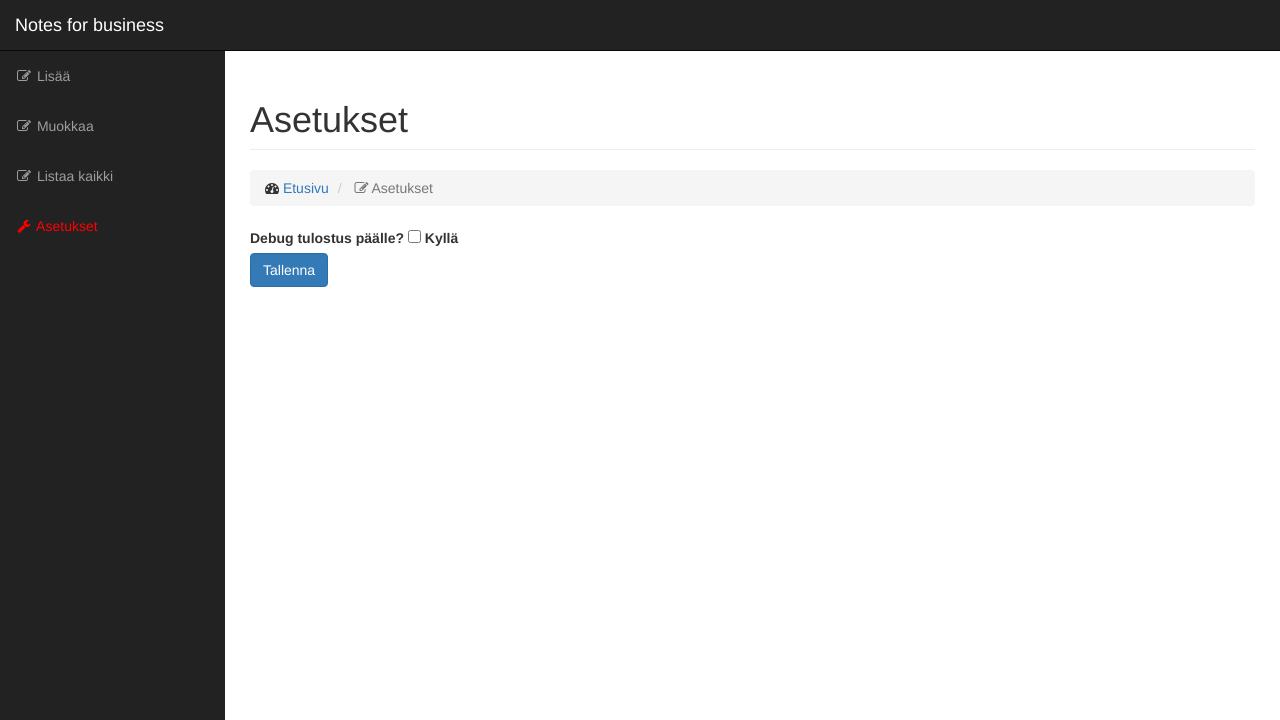
Repository: TommiKurjensalo/php
Page: http://localhost/asetukset.php
The author's editor kept a copy of each file at every save. The page is drawn from the files as they stood at one save, then again after the next save.
The browser window is 1280 px wide. The pictures show the whole page.
The page is run by PHP 8.4 with error messages shown; the project is at /var/www/html/.

Above is the page before, as saved 2017-04-21 20:19:19.

### sivut/asetukset.php
<?php
require_once "asetuksetLuokka.php";

// Käynnistetään sessio
session_start ();

// Onko painettu tallenna-painiketta
if (isset($_POST["tallenna"])) {
	if (isset($_COOKIE["isDebug"])) {
		echo "<div style='padding-left:300px;'>";
		echo "post debug: ".(isset($_POST["debug"])
				? $_POST["debug"] : 'notSet') ."  tallenna painike valittu </div>";
	}
	// Viedään muodostimelle kenttien arvot
		if (isset($_POST["debug"])) {
			$asetukset = true;

			// Kirjoitetaan session tiedot talteen
			$_SESSION ["asetukset"] = true;
			session_write_close ();

			// Asetetaan cookie, koska debug haluttiin päälle
			setcookie("isDebug", $_POST["debug"], time() +86400, "/sivut/"); // 86400 = 1 day

			echo (isset($_COOKIE["isDebug"]) ? "<br><div style='padding-left:300px;'> Cookies are enabled </div>" : '');

		} else {

				// Tuhotaan cookie, koska käyttäjä niin halusi
				setcookie("isDebug", "", time() - 3600, "/sivut/");

				echo (isset($_COOKIE["isDebug"]) ? "<br><div style='padding-left:300px;'>  if isset post debug else tuhotaan " : '');

				$_SESSION = array ();

					if (isset ( $_COOKIE [session_name ()] )) {
						setcookie ( session_name (), '', time () - 100, '/' );
					}

				session_destroy ();
				$asetukset = false;

				echo (isset($_COOKIE["isDebug"]) ? "<br> Cookies are disabled" :''). "</div>";
		}

	echo (isset($_COOKIE["isDebug"])
			? "<div style='padding-left:300px;'>if cookie debug sisältö: " .(isset($_COOKIE["isDebug"])
					? $_COOKIE["isDebug"] :'false'). "</div>" : '</div>');

}

elseif (isset ( $_POST ["debug"] )) {
	if (isset ( $_SESSION ["asetukset"] )) {
		echo (isset($_COOKIE["isDebug"]) ? "<div style='padding-left:300px;'> elseif isset post&session </div>" :'');
		$_SESSION = array ();

		if (isset ( $_COOKIE [session_name ()] )) {
			setcookie ( session_name (), '', time () - 100, '/' );
		}

		session_destroy ();
	}

} else {

	// Sivulle tultiin ensimmäistä kertaa
	if (isset ($_COOKIE["isDebug"] )) {
		if (isset ( $_SESSION ["asetukset"] )) {
			echo (isset($_COOKIE["isDebug"]) ? "<div style='padding-left:300px;'><br>else isset session asetukset sisältö: " .$_SESSION ["asetukset"]. "</div>" :'');
			$asetukset = true;
		}

		$asetukset = true;
		echo (isset($_COOKIE["isDebug"]) ?
		"<div style='padding-left:300px;'>" .
		" else isset cookie debug sisältö: " .$_COOKIE["isDebug"]. "</div>":'');

	} elseif (isset ( $_SESSION ["asetukset"] )) {
		$asetukset = true;
	}
		// Tehdään false muuttuja
		$asetukset = false;



}

?>

<!DOCTYPE html>
<html lang="en">

<head>

    <meta charset="utf-8">
    <meta http-equiv="X-UA-Compatible" content="IE=edge">
    <meta name="viewport" content="width=device-width, initial-scale=1">
    <meta name="description" content="">
    <meta name="author" content="">

    <title>Notes</title>

    <!-- Bootstrap Core CSS -->
    <link href="css/bootstrap.min.css" rel="stylesheet">

    <!-- Custom CSS -->
    <link href="css/sb-admin.css" rel="stylesheet">

    <!-- Custom Fonts -->
    <link href="font-awesome/css/font-awesome.min.css" rel="stylesheet" type="text/css">

    <!-- HTML5 Shim and Respond.js IE8 support of HTML5 elements and media queries -->
    <!-- WARNING: Respond.js doesn't work if you view the page via file:// -->
    <!--[if lt IE 9]>
        <script src="https://oss.maxcdn.com/libs/html5shiv/3.7.0/html5shiv.js"></script>
        <script src="https://oss.maxcdn.com/libs/respond.js/1.4.2/respond.min.js"></script>
    <![endif]-->

</head>

<body>

    <div id="wrapper">

        <!-- Navigation -->
        <nav class="navbar navbar-inverse navbar-fixed-top" role="navigation">
            <!-- Brand and toggle get grouped for better mobile display -->
            <div class="navbar-header">
                 <a class="navbar-brand" href="index.php">Notes for business</a>

            </div>

            <!-- Sidebar Menu Items - These collapse to the responsive navigation menu on small screens -->
            <div class="collapse navbar-collapse navbar-ex1-collapse">
                <ul class="nav navbar-nav side-nav">
                    <li>
                        <a href="lisaa.php"> <i class="fa fa-fw fa-edit"></i> Lisää</a>
                    </li>
                    <li>
                        <a href="muokkaa.php"><i class="fa fa-fw fa-edit"></i> Muokkaa</a>
                    </li>
                    <li>
                        <a href="listaaKaikki.php"><i class="fa fa-fw fa-edit"></i> Listaa kaikki</a>
                    </li>
                    <li>
                        <a href="asetukset.php" class="active"><i class="fa fa-fw fa-wrench"></i> Asetukset</a>
                    </li>

                </ul>
            </div>
            <!-- /.navbar-collapse -->
        </nav>

        <div id="page-wrapper">

            <div class="container-fluid">

                <!-- Page Heading -->
                <div class="row">
                    <div class="col-lg-12">
                        <h1 class="page-header">
                            Asetukset
                        </h1>
                        <ol class="breadcrumb">
                            <li>
                                <i class="fa fa-dashboard"></i>  <a href="index.php">Etusivu</a>
                            </li>
                            <li class="active">
                                <i class="fa fa-edit"></i> Asetukset
                            </li>
                        </ol>
                    </div>
                </div>
                <!-- /.row -->

                <div class="row">
                    <div class="col-lg-4">

                        <form class="form-inline" role="form" action="<?php echo htmlspecialchars($_SERVER["PHP_SELF"]);?>" method="post">

                            <div class="form-check form-check-inline">
  							  <label class="form-check-label"> Debug tulostus päälle?
	                                	<input name="debug" type="checkbox" class="form-check-input" value="true"
	                                	<?php echo (($asetukset ===true) ? ' checked' : ''); ?> /> Kyllä</label>
	                                </div>


                          	<div class="form-group">

                            		<input name="tallenna" type="submit" class="btn btn-primary px-2" value="Tallenna"/>

							</div>



                        </form>

                    </div> <!-- ./col-lg-4 -->

                </div>
                <!-- /.row -->

            </div>
            <!-- /.container-fluid -->

        </div>
        <!-- /#page-wrapper -->

    </div>
    <!-- /#wrapper -->

    <!-- jQuery -->
    <script src="js/jquery.js"></script>

    <!-- Bootstrap Core JavaScript -->
    <script src="js/bootstrap.min.js"></script>

</body>

</html>

### sivut/asetuksetLuokka.php
<?php

class Asetukset {

	// luokan attribuutit
	private $debug = false;

	// Luokan konstruktori asetukset toimintoa varten
	public function __construct($uusiDebug = "")
	{

		// trim poistaa tyhjät merkkijonon alusta ja lopusta
		$this->debug = ($uusiDebug);
	}

	// Muuttaa/asettaa debug-attribuutin
	public function setDebug($uusiDebug) {
		$this->debug = $uusiDebug;
	}

	// Palauttaa debug-attribuutin
	public function getDebug() {
		return $this->debug;
	}

} // Luokka Asetukset
?>

### sivut/css/sb-admin.css
/*!
 * Start Bootstrap - SB Admin (http://startbootstrap.com/)
 * Copyright 2013-2016 Start Bootstrap
 * Licensed under MIT (https://github.com/BlackrockDigital/startbootstrap/blob/gh-pages/LICENSE)
 */

/* Global Styles */

body {
    margin-top: 100px;
   /* background-color: #222; */
}

@media(min-width:768px) {
    body {
        margin-top: 50px;
    }
}

#wrapper {
    padding-left: 0;
}

#page-wrapper {
    width: 100%;
    padding: 0;
    background-color: #fff;
}

.huge {
    font-size: 50px;
    line-height: normal;
}

@media(min-width:768px) {
    #wrapper {
        padding-left: 225px;
    }

    #page-wrapper {
        padding: 10px;
    }
}

/* Top Navigation */

.top-nav {
    padding: 0 15px;
}

.top-nav>li {
    display: inline-block;
    float: left;
}

.top-nav>li>a {
    padding-top: 15px;
    padding-bottom: 15px;
    line-height: 20px;
    color: #999;
}

.top-nav>li>a:hover,
.top-nav>li>a:focus,
.top-nav>.open>a,
.top-nav>.open>a:hover,
.top-nav>.open>a:focus {
    color: #fff;
    background-color: #000;
}

.top-nav>.open>.dropdown-menu {
    float: left;
    position: absolute;
    margin-top: 0;
    border: 1px solid rgba(0,0,0,.15);
    border-top-left-radius: 0;
    border-top-right-radius: 0;
    background-color: #fff;
    -webkit-box-shadow: 0 6px 12px rgba(0,0,0,.175);
    box-shadow: 0 6px 12px rgba(0,0,0,.175);
}

.top-nav>.open>.dropdown-menu>li>a {
    white-space: normal;
}

ul.message-dropdown {
    padding: 0;
    max-height: 250px;
    overflow-x: hidden;
    overflow-y: auto;
}

li.message-preview {
    width: 275px;
    border-bottom: 1px solid rgba(0,0,0,.15);
}

li.message-preview>a {
    padding-top: 15px;
    padding-bottom: 15px;
}

li.message-footer {
    margin: 5px 0;
}

ul.alert-dropdown {
    width: 200px;
}

/* Side Navigation */

@media(min-width:768px) {
    .side-nav {
        position: fixed;
        top: 51px;
        left: 225px;
        width: 225px;
        margin-left: -225px;
        border: none;
        border-radius: 0;
        overflow-y: auto;
        background-color: #222;
        bottom: 0;
        overflow-x: hidden;
        padding-bottom: 40px;
    }

    .side-nav>li>a {
        width: 225px;
    }

	.nav .navbar-nav .side-nav > .active > a {
        color:red !important;
    }

	.side-nav a.active{
        color:red !important;
    }

    .side-nav li a:hover,
    .side-nav li a:focus {
        outline: none;
        background-color: #000 !important;
    }
}

.side-nav>li>ul {
    padding: 0;
}

.side-nav>li>ul>li>a {
    display: block;
    padding: 10px 15px 10px 38px;
    text-decoration: none;
    color: #999;
}

.side-nav>li>ul>li>a:hover {
    color: #fff;
}

/* Flot Chart Containers */

.flot-chart {
    display: block;
    height: 400px;
}

.flot-chart-content {
    width: 100%;
    height: 100%;
}

/* Custom Colored Panels */

.huge {
    font-size: 40px;
}

.panel-green {
    border-color: #5cb85c;
}

.panel-green > .panel-heading {
    border-color: #5cb85c;
    color: #fff;
    background-color: #5cb85c;
}

.panel-green > a {
    color: #5cb85c;
}

.panel-green > a:hover {
    color: #3d8b3d;
}

.panel-red {
    border-color: #d9534f;
}

.panel-red > .panel-heading {
    border-color: #d9534f;
    color: #fff;
    background-color: #d9534f;
}

.panel-red > a {
    color: #d9534f;
}

.panel-red > a:hover {
    color: #b52b27;
}

.panel-yellow {
    border-color: #f0ad4e;
}

.panel-yellow > .panel-heading {
    border-color: #f0ad4e;
    color: #fff;
    background-color: #f0ad4e;
}

.panel-yellow > a {
    color: #f0ad4e;
}

.panel-yellow > a:hover {
    color: #df8a13;
}

@media screen and (max-width: 1024px) {
				.etusivu {
				left: 50%;
				margin-left: -512px; }
		}

.etusivu {
			background: linear-gradient(to bottom,rgba(0, 0, 0, 0), rgba(0, 0, 0, 0.4)
			),url(../img/film-background.jpg);
			position: fixed;
			overflow: hidden;
			left: 0;
	  		/* Set rules to fill background */
			min-height: 100%;
			min-width: 1024px;

			/* Set up proportionate scaling */
			width: 100%;
			height: auto;
    	}

.etusivu > h1 {
		     margin: 0;
			 color: white;
			 padding: 10% 0 0 50%;
			 text-shadow: 10px 10px 0 black;
		 }

hr {
   display: block;
   position: relative;
   height: 0;
   width: 100%;
   max-height: 0;
   font-size: 1px;
   line-height: 10px;
   clear: both;
   border: none;
   border-top: 2px solid #aaaaaa;
   border-bottom: 2px solid #ffffff;
}

.table-hover>tbody>tr:hover>td, .table-hover>tbody>tr:hover>th {
  background-color: #646464;
  color:#eeeeee;
}

Loaded but not shown: sivut/css/bootstrap.min.css (library); sivut/font-awesome/css/font-awesome.min.css (library); sivut/js/jquery.js (library); sivut/js/bootstrap.min.js (library)

After the next save:
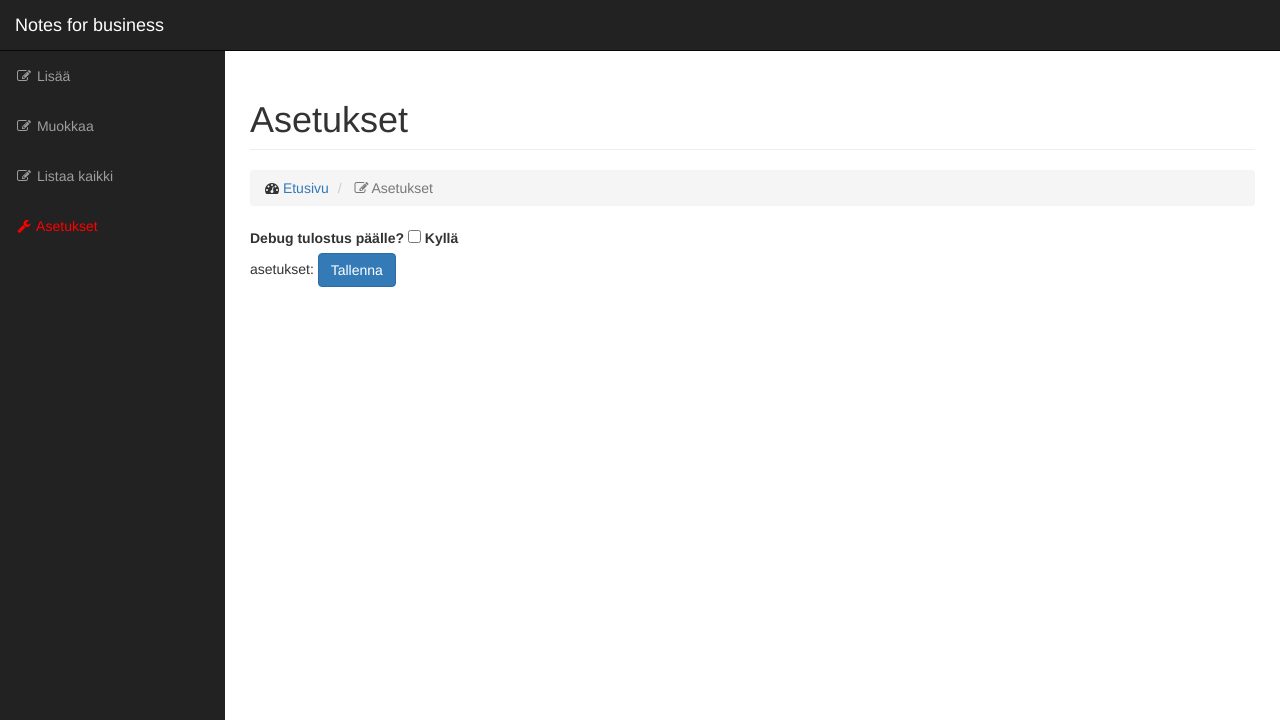
Saved 79 s later.
--- a/sivut/asetukset.php
+++ b/sivut/asetukset.php
@@ -184,7 +184,7 @@ elseif (isset ( $_POST ["debug"] )) {
 	                                	<?php echo (($asetukset ===true) ? ' checked' : ''); ?> /> Kyllä</label>
 	                                </div>
 
-
+              				<?php echo 'asetukset: '.$asetukset?>
                           	<div class="form-group">
 
                             		<input name="tallenna" type="submit" class="btn btn-primary px-2" value="Tallenna"/>
